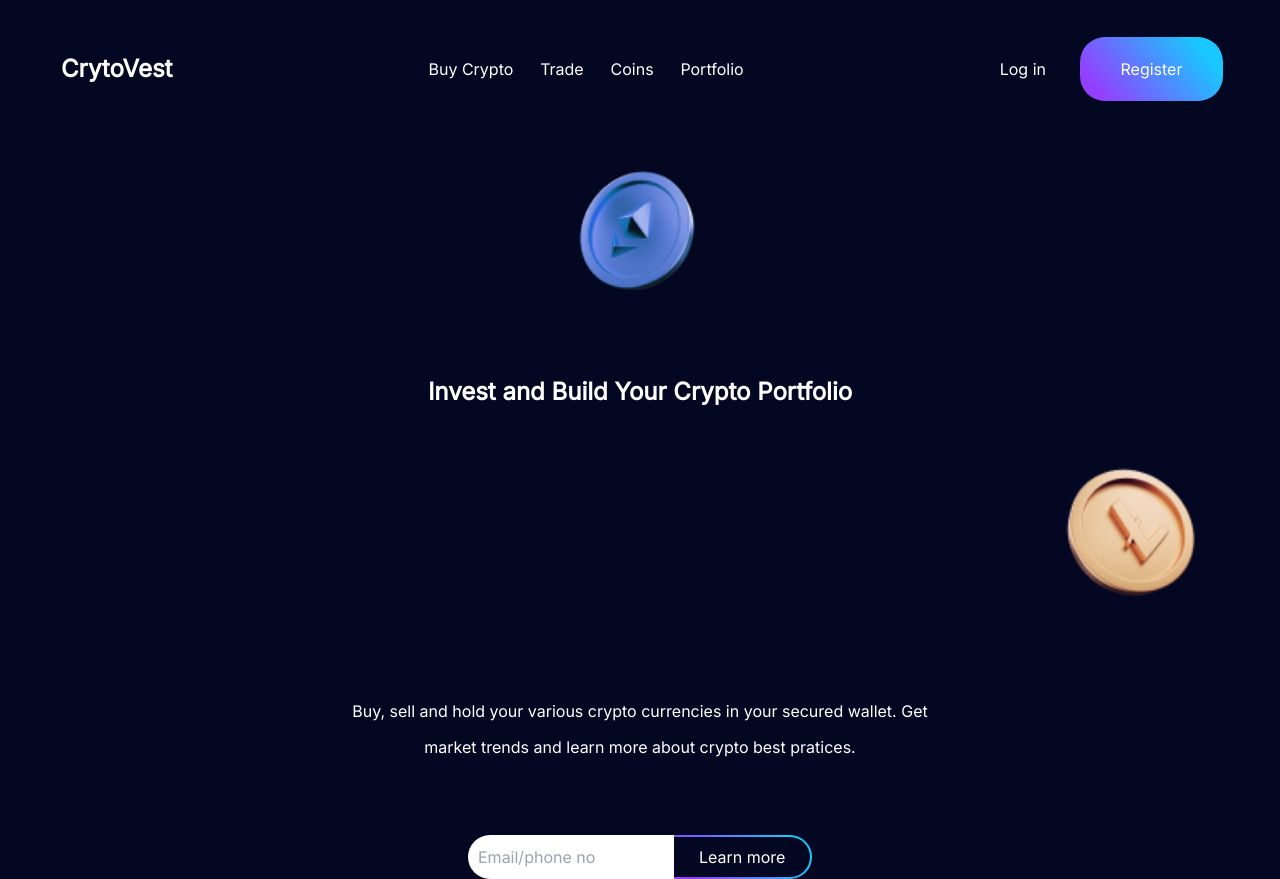
Repository: Eugene44-hub/cryptovest
Page: /
These files come from the project's save history. The page is drawn as it stood at one moment and after the next save; the edit follows.
The browser window is 1280 px wide. The pictures show the whole page.
The project was rebuilt for these pictures with package versions that can differ from the ones it lists, and the page was loaded fresh each time. Also part of the build but not shown: vite.config.ts.

Above is the page before, as saved 2022-07-15 23:00:08.

### src/App.tsx
import Home from "./pages/home/Home"

function App() {

  return (
    <div className="App">
      <Home/>

    </div>
  )
}

export default App

### src/index.css
@import url('https://fonts.googleapis.com/css2?family=Inter&display=swap');
@tailwind base;
@tailwind components;
@tailwind utilities;
body {
    margin: 0;
    font-family: 'Inter', sans-serif;
    -webkit-font-smoothing: antialiased;
    -moz-osx-font-smoothing: grayscale;
    padding: 0;
    background-color: rgba(3, 7, 34, 1);
}

code {
    font-family: source-code-pro, Menlo, Monaco, Consolas, 'Courier New', monospace;
}

.container {
    max-width: 1440px;
    margin: 0 auto;
}

### src/pages/home/Home.tsx
import React from 'react'
import Hero from '../../components/hero/Hero'
import Nav from '../../components/nav/Nav'

const Home = () => {
  return (
    <div>
      <Nav/>
      <Hero/>
    </div>
  )
}

export default Home

### src/components/hero/Hero.tsx
import React from 'react'
import etherum from "../../assets/images/hero/EtheriumCoin.png"
import bitcoin from "../../assets/images/hero/Bitcoin.png"
import monero from "../../assets/images/hero/Monero.png"
import liteCoin from "../../assets/images/hero/LiteCoin.png"
import styles from "./Hero.module.scss"
const Hero = () => {
  return (
    <section>
      <article className={`${styles.container} container px-[24px]`}>

        <img src={etherum} className="m-auto w-[20%] mt-[10px]" alt="etherum" />

        <div className='mt-[17px] flex-wrap flex'>
          <header className={`${styles.header} text-white w-full text-center`}>
            Invest and Build Your Crypto Portfolio
          </header>
          <figure className='flex w-full justify-end'>
          <img src={liteCoin} className={"w-[20%] "} alt="" />
          </figure>
          <div className='w-full sm:w-[80%] m-auto md:order-2 md:mt-0 mt-[3px] '>
          <div className='flex md:w-[344px] m-auto rounded-[25px] mt-[3px] overflow-hidden'>
            <input type="text" className='p-[10px] w-[60%]' placeholder='Email/phone no' />
            <div className={`${styles.btnContainer} flex-1 p-[2px]  pl-0`}>
              <button className={` w-full h-full  ${styles.inputBtn}`}>
                Learn more
              </button>
            </div>
          </div>
          </div>

          {/* <figure>
            <img src={bitcoin} className="w-[20%] mt-[8px]" alt="bitcoin" />
          </figure> */}

          <div className='text-center w-[90%] mt-[36px] mb-[67px] md:max-w-[626px] mt-[11px] mt-[] leading-[36px] m-auto'>
            <p className="text-white">
            Buy, sell and hold your various crypto currencies in your secured wallet. Get market trends and learn more about crypto best pratices.
            </p>
            {/* <img src={monero} className="mt-[17px] w-[20%] m-auto" alt="monero" /> */}
          </div>
        </div>

      </article>
    </section>
  )
}

export default Hero

### src/components/nav/Nav.tsx
import React from 'react'
import styles from "./Nav.module.scss"
const navItems = ["Buy Crypto", "Trade", "Coins", "Portfolio"]
import { AiOutlineMenu } from "react-icons/ai"

const Nav = () => {
  return (
    <nav className='pt-[37px]'>
      <div className='container  px-[24px] md:pl-[61px] md:pr-[57px] text-white'>
        <div className='flex justify-between items-center'>
          <span className={`font-[700] ${styles.banner}`}>
            CrytoVest
          </span>
          <div className='hidden lg:flex justify-between items-center flex-1'>
            <ul className='flex font-[500] m-auto lg:w-[50%] xl:w-[30%]  justify-between'>
              {navItems.map((item, index) => (<li key={index}>{item}</li>))}
            </ul>
            <div className='font-[500]'>
              <button className='mr-[34px]'>
                Log in
              </button>
              <button className={`${styles.btn} w-[143px]`}>
                Register
              </button>
            </div>
          </div>
          <AiOutlineMenu color="white" size={24} className="font-bold lg:hidden" />
        </div>


      </div>
    </nav>
  )
}

export default Nav

### src/components/hero/Hero.module.scss
@import "../../sass";
.container {
    .header {
        font-weight: 900;
        font-size: 24px;
    }
    .btnContainer {
        background: $gradient1
    }
    .inputBtn {
        background: $bgColor;
        color: white;
        border-radius: 0px 25px 25px 0px;
    }
}

### src/components/nav/Nav.module.scss
@import "../../sass/index.scss";
.banner {
    font-size: rem(24);
}

.btn {
    @include setBtn($gradient1);
}

### src/sass/index.scss
@import "./config";

### src/sass/config/_index.scss
@import "variables";
@import "utilities";
@import "mixins&funcs";

### src/sass/config/_variables.scss
$gradient1:linear-gradient(231.7deg, #18C8FF 15.39%, #933FFE 87.39%);
$gradient: linear-gradient(180.01deg, rgba(245, 245, 245, 0.53) 0.39%, rgba(205, 96, 188, 0.5) 24.76%, rgba(56, 77, 130, 0.26) 63.89%, rgba(105, 30, 226, 0.03) 92.45%);
$bgColor:rgba(3, 7, 34, 1);
$purple1:rgba(185, 130, 255, 1);
$purple1:rgba(132, 112, 255, 1);
$grey1:rgba(255, 255, 255, 1);

### src/sass/config/_utilities.scss
/*
➡️ 0px -480px -  Smaller Smartphones

➡️ 481px -768px  - Tablets & larger smartphones

➡️ 769px -1279px  -  Laptops, larger tablets
in landscape, and small desktops

➡️ 1280px+ - Larger desktops and monitors
*/

%btn {
    border-radius: 25px;
    padding: 20px 0;
}

### src/sass/config/_mixins&funcs.scss
@use "sass:math";
@function rem($px, $default:16) {
    @return (math.div($px, $default)*1rem);
}

@mixin devices($device) {
    @media screen and (max-width: $device) {
        @content;
    }
}

@mixin setBtn($bgColor) {
    background: $bgColor;
    color: white;
    @extend %btn
}

Loaded but not shown: index.html (common file); src/main.tsx (common file); tailwind.config.js (common file)

After the next save:
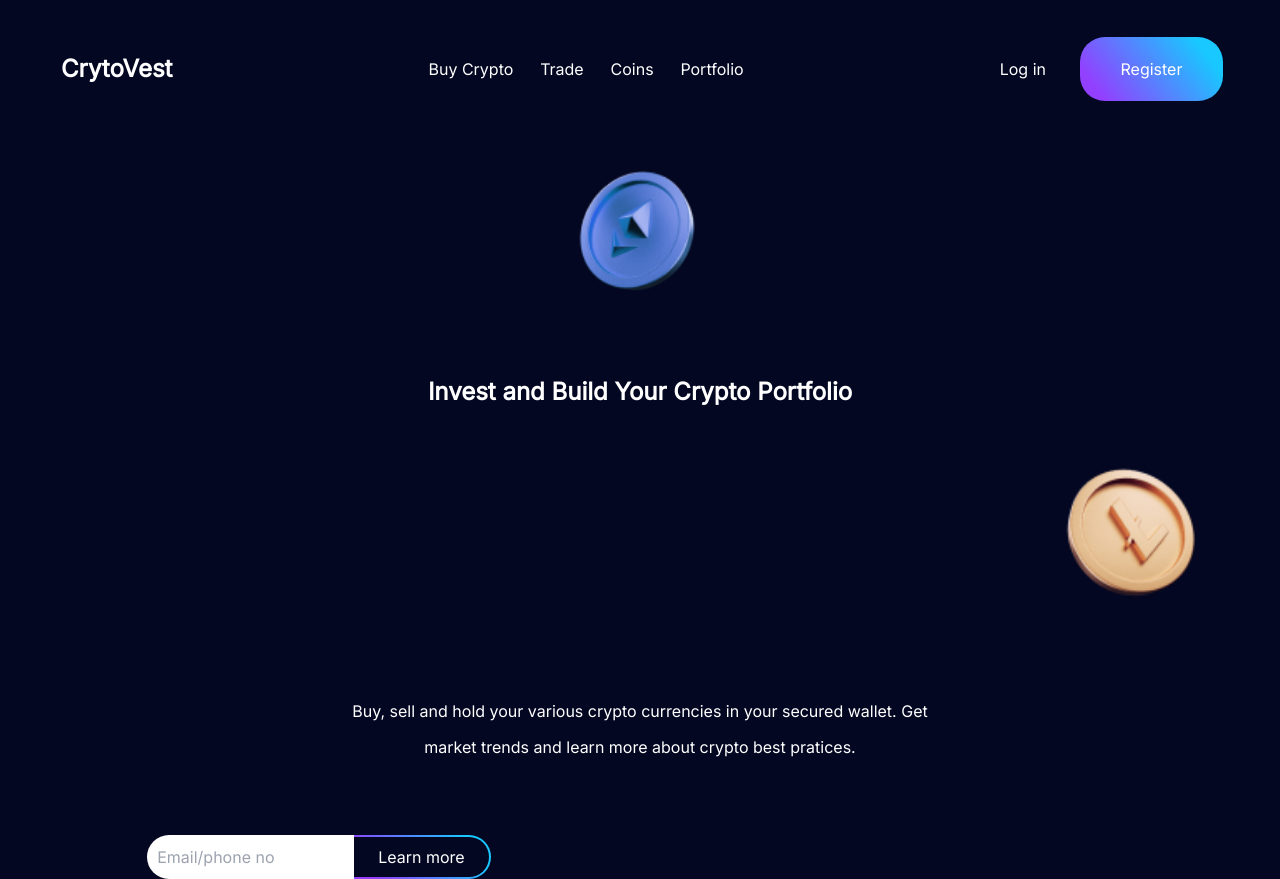
Saved 11 s later.
--- a/src/components/hero/Hero.tsx
+++ b/src/components/hero/Hero.tsx
@@ -19,7 +19,7 @@
           <img src={liteCoin} className={"w-[20%] "} alt="" />
           </figure>
           <div className='w-full sm:w-[80%] m-auto md:order-2 md:mt-0 mt-[3px] '>
-          <div className='flex md:w-[344px] m-auto rounded-[25px] mt-[3px] overflow-hidden'>
+          <div className='flex md:w-[344px]  rounded-[25px] mt-[3px] overflow-hidden'>
             <input type="text" className='p-[10px] w-[60%]' placeholder='Email/phone no' />
             <div className={`${styles.btnContainer} flex-1 p-[2px]  pl-0`}>
               <button className={` w-full h-full  ${styles.inputBtn}`}>

After the save that followed:
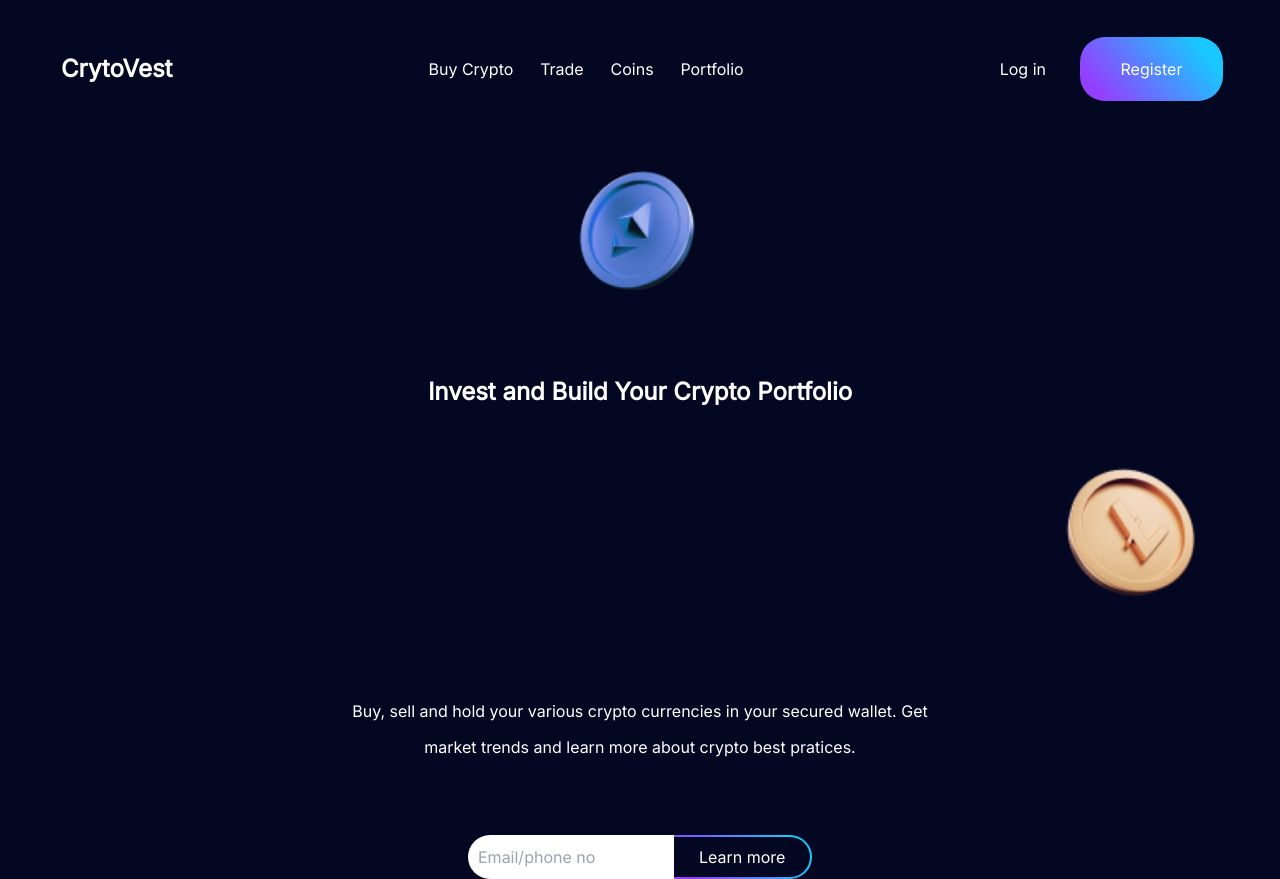
Saved 4 s later.
--- a/src/components/hero/Hero.tsx
+++ b/src/components/hero/Hero.tsx
@@ -19,7 +19,7 @@
           <img src={liteCoin} className={"w-[20%] "} alt="" />
           </figure>
           <div className='w-full sm:w-[80%] m-auto md:order-2 md:mt-0 mt-[3px] '>
-          <div className='flex md:w-[344px]  rounded-[25px] mt-[3px] overflow-hidden'>
+          <div className='flex md:w-[344px] m-auto rounded-[25px] mt-[3px] overflow-hidden'>
             <input type="text" className='p-[10px] w-[60%]' placeholder='Email/phone no' />
             <div className={`${styles.btnContainer} flex-1 p-[2px]  pl-0`}>
               <button className={` w-full h-full  ${styles.inputBtn}`}>
